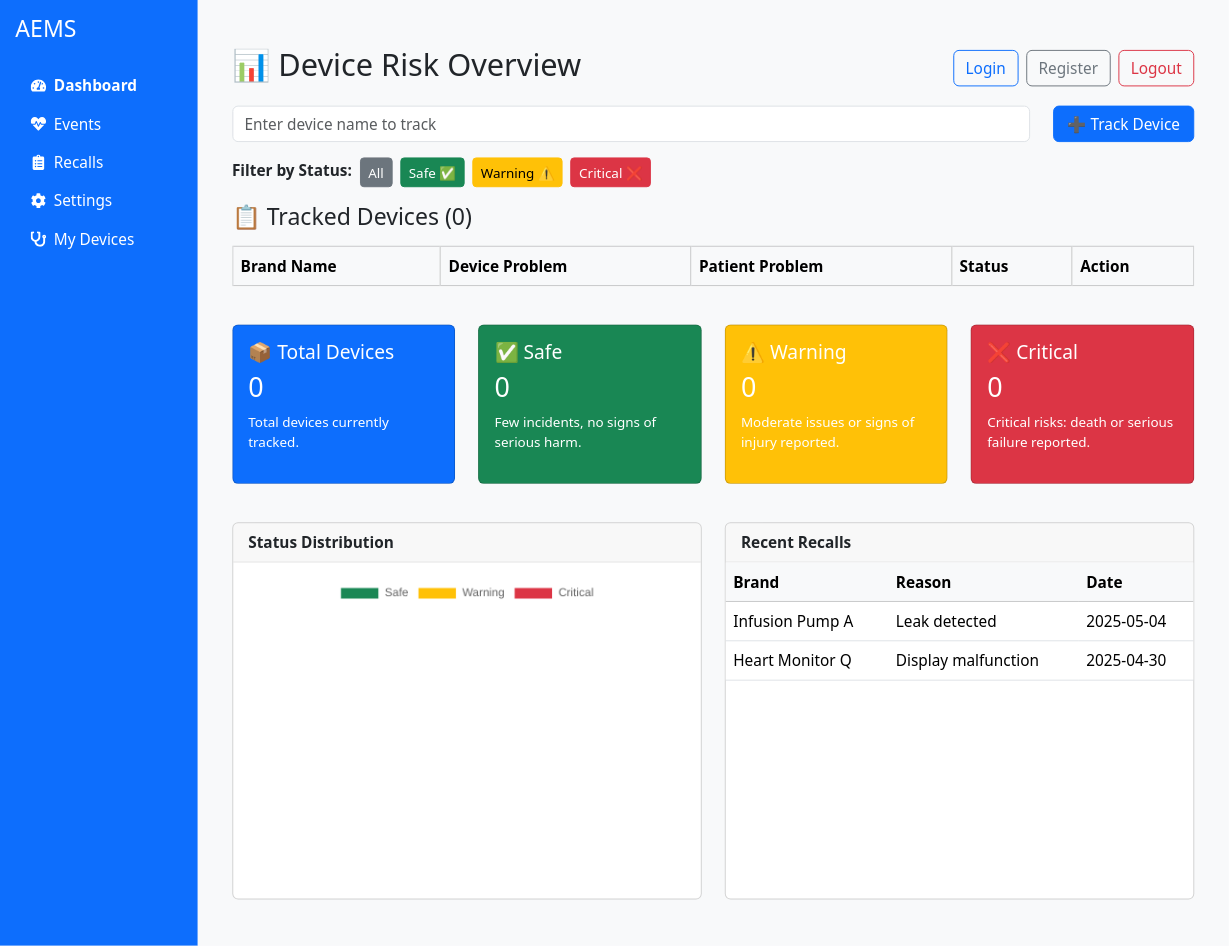
Repository: Sarary2/AEMS_2MVP
Page: / (app in frontend/AEMS/)
An editor plug-in stored every save of this project. The page is shown before and after the next save, followed by the edit.
The browser window is 1280 px wide. The pictures show the whole page, at 96% of full size.
The page's requests for data from a server got no answer. The project was rebuilt for these pictures with package versions that can differ from the ones it lists, and the page was loaded fresh each time. No one was signed in, and anything a server would have sent is missing. Also part of the build but not shown: frontend/AEMS/vite.config.js, frontend/AEMS/src/components/DeviceRow.jsx, frontend/AEMS/src/pages/Events.jsx, frontend/AEMS/src/firebase.js, frontend/AEMS/src/pages/Login.jsx, frontend/AEMS/src/pages/Register.jsx, frontend/AEMS/src/utils/fetchRecalls.js, frontend/AEMS/src/pages/Recalls.jsx and 2 more.

Above is the page before, as saved 2025-05-06 14:16:52.

After the next save:
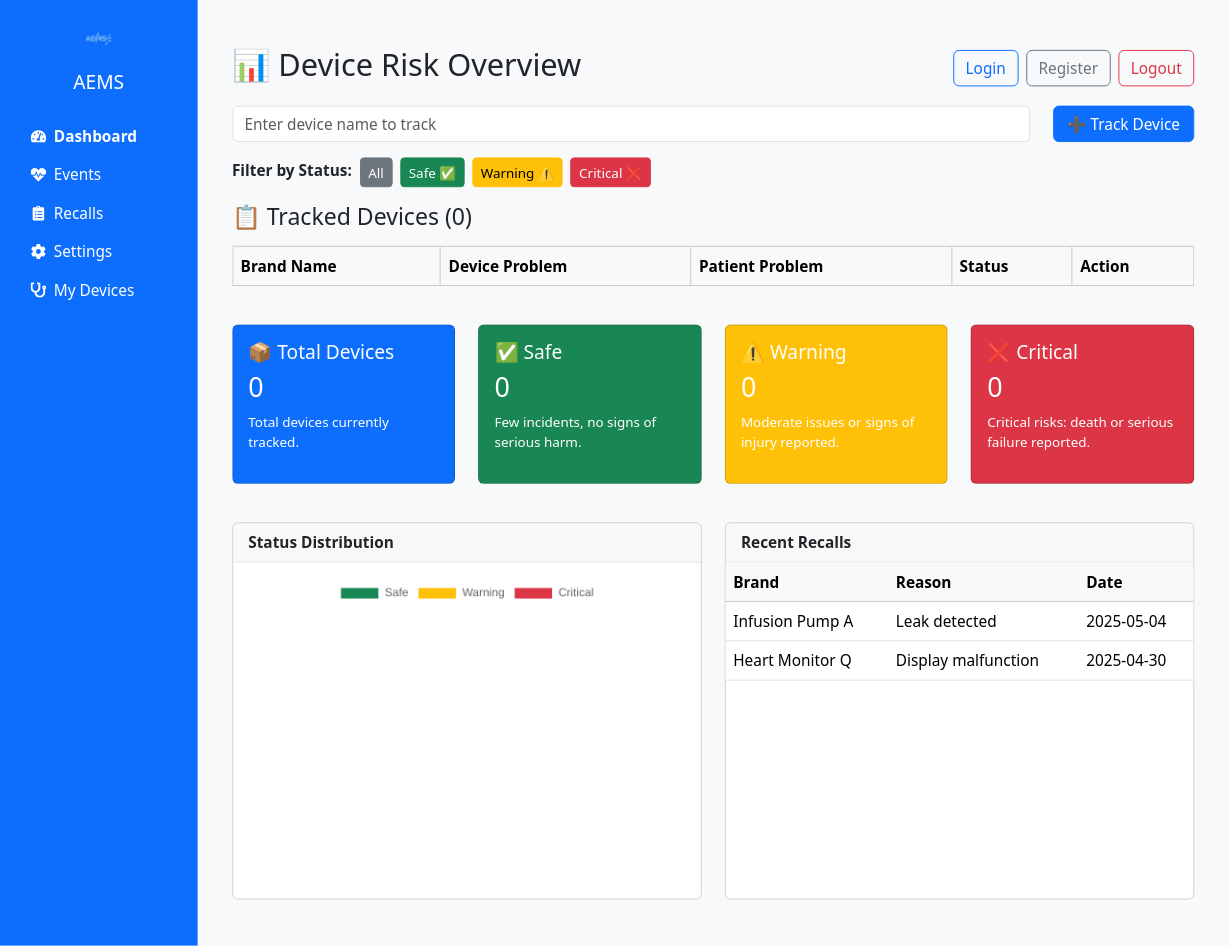
Saved 7 min 45 s later.
--- a/frontend/AEMS/src/components/Sidebar.jsx
+++ b/frontend/AEMS/src/components/Sidebar.jsx
@@ -1,10 +1,14 @@
 import { NavLink } from 'react-router-dom';
 import { FaTachometerAlt, FaHeartbeat, FaClipboardList, FaCog, FaStethoscope } from 'react-icons/fa';
+import logo from '../assets/logo.png'; // ✅ Adjust path if needed
 
 export default function Sidebar() {
   return (
     <div className="bg-primary text-white d-flex flex-column p-3" style={{ width: '250px', minHeight: '100vh' }}>
-      <h4 className="text-white mb-4">AEMS</h4>
+      <div className="text-center mb-4">
+        <img src={logo} alt="AEMS Logo" className="img-fluid mb-2" style={{ height: '50px' }} />
+        <h5 className="mb-0">AEMS</h5>
+      </div>
       <ul className="nav flex-column">
         <li className="nav-item">
           <NavLink to="/" className={({ isActive }) =>
